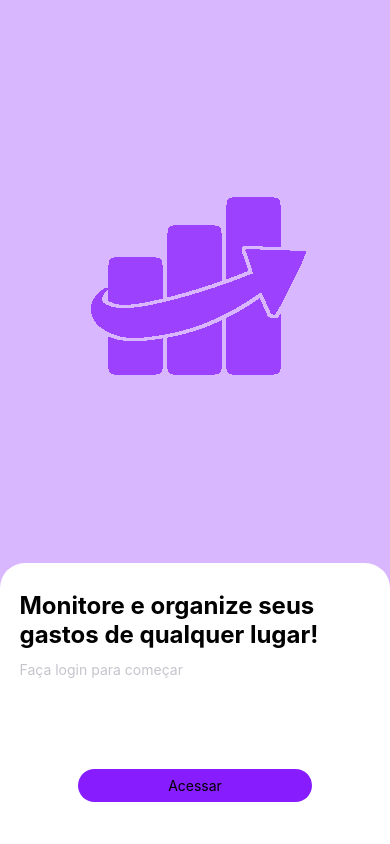
Repository: anacleto-caua/flavio_finance_clean
Page: /
These files come from the project's save history. The page is drawn as it stood at one moment and after a run of saves; the edit follows.
The browser window is 390 px wide. The pictures show the whole page.
The app was drawn by React Native's web renderer in a window 390 px wide. The project was rebuilt for these pictures with package versions that can differ from the ones it lists, and the page was loaded fresh each time.

Above is the page before, as saved 2024-03-12 19:26:06.

### App.js
import React from "react"
import { StatusBar } from 'react-native';

import { NavigationContainer } from "@react-navigation/native";
import Routes from "./src/routes";

export default function App() {
  return (
    <NavigationContainer>
      <StatusBar
        backgroundColor="#871cfe"
        barStyle="light-content"
      />
      <Routes />
    </NavigationContainer>
  );
}

### src/routes/index.js
import { createNativeStackNavigator } from '@react-navigation/native-stack'

import Welcome from '../pages/Welcome'

const Stack = createNativeStackNavigator();

export default function Routes() {
  return (
    <Stack.Navigator>
      <Stack.Screen
        name="Welcome"
        component={Welcome}
        options={{ headerShown: false }}
      />
    </Stack.Navigator>
  )
}

### src/pages/Welcome/index.js
import React from 'react';
import {
  View,
  Text,
  StyleSheet,
  Image,
  TouchableOpacity
} from 'react-native';

import { useNavigation } from '@react-navigation/native'

export default function Welcome() {
  const navigation = useNavigation();

  return (
    <View style={styles.container}>
      <View style={styles.containerLogo}>
        <Image
          source={require("../../assets/logo.png")}
          style={{ width: "100%" }}
          resizeMode="contain"
        />
      </View>

      <View style={styles.containerForm}>
        <Text style={styles.title}>
          Monitore e organize seus gastos de qualquer lugar!
        </Text>
        <Text style={styles.text}>Faça login para começar</Text>

        <TouchableOpacity
          style={styles.button}
          onPress={ () => navigation.navigate('SignIn')}
        >
          <Text style={styles.buttonText}>Acessar</Text>
        </TouchableOpacity>
      </View>
    </View>
  );
}

const styles = StyleSheet.create({
  container: {
    flex: 1,
    backgroundColor: "#d8b7ff",
  },
  containerLogo: {
    flex: 2,
    backgroundColor: "#d8b7ff",
    justifyContent: "center",
    alignItems: "center",
  },
  containerForm: {
    flex: 1,
    backgroundColor: "#fff",
    borderTopLeftRadius: 25,
    borderTopRightRadius: 25,
    paddingStart: "5%",
    paddingEnd: "5%",
  },

  title: {
    fontSize: 24,
    fontWeight: 'bold',
    marginTop: 28,
    marginBottom: 12,
  },

  text: {
    color: "#c4c4cc",
  },

  button: {
    position: "absolute",
    backgroundColor: "#871cfe",
    borderRadius: 50,
    paddingVertical: 8,
    width: "60%",
    alignSelf: "center",
    bottom: "15%",
    justifyContent: "center",
    alignItems: "center",
  },


});

After the next 2 saves:
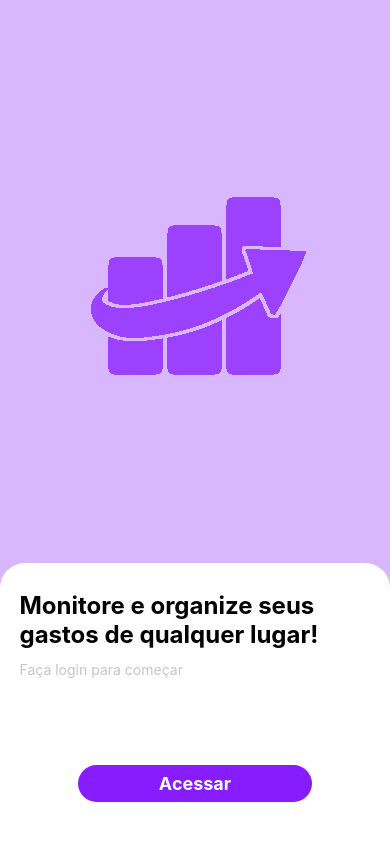
The 2 saves are shown as one change because 1 did not build or start.
The last was saved 108 s later.
--- a/src/pages/Welcome/index.js
+++ b/src/pages/Welcome/index.js
@@ -82,5 +82,9 @@ const styles = StyleSheet.create({
     alignItems: "center",
   },
 
-
+  buttonText: {
+    fontSize: 18,
+    color: "#fff",
+    fontWeight: "bold",
+  }
 });
